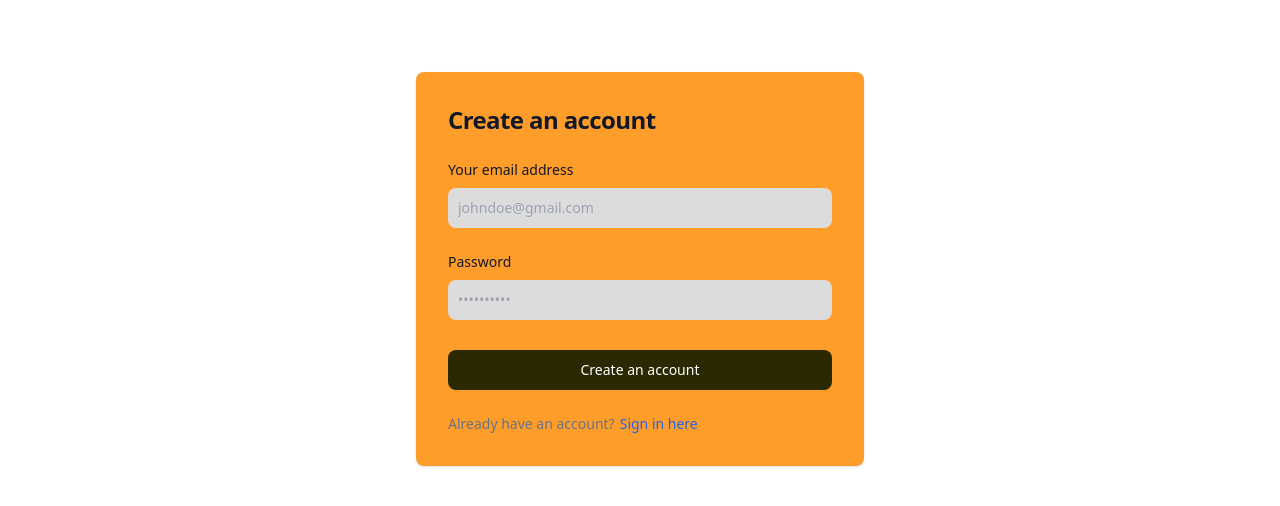
Repository: AdwaitSri/Kingston-Marketplace
Page: /signup (app in qhacks-24/)
These files come from the project's save history. The page is drawn as it stood at one moment and after the next save; the edit follows.
The browser window is 1280 px wide. The pictures show the whole page.
The project was rebuilt for these pictures with package versions that can differ from the ones it lists, and the page was loaded fresh each time. Also part of the build but not shown: qhacks-24/src/components/HomeNavbar.js, qhacks-24/src/pages/Home.js.

Above is the page before, as saved 2024-02-02 21:25:28.

After the next save:
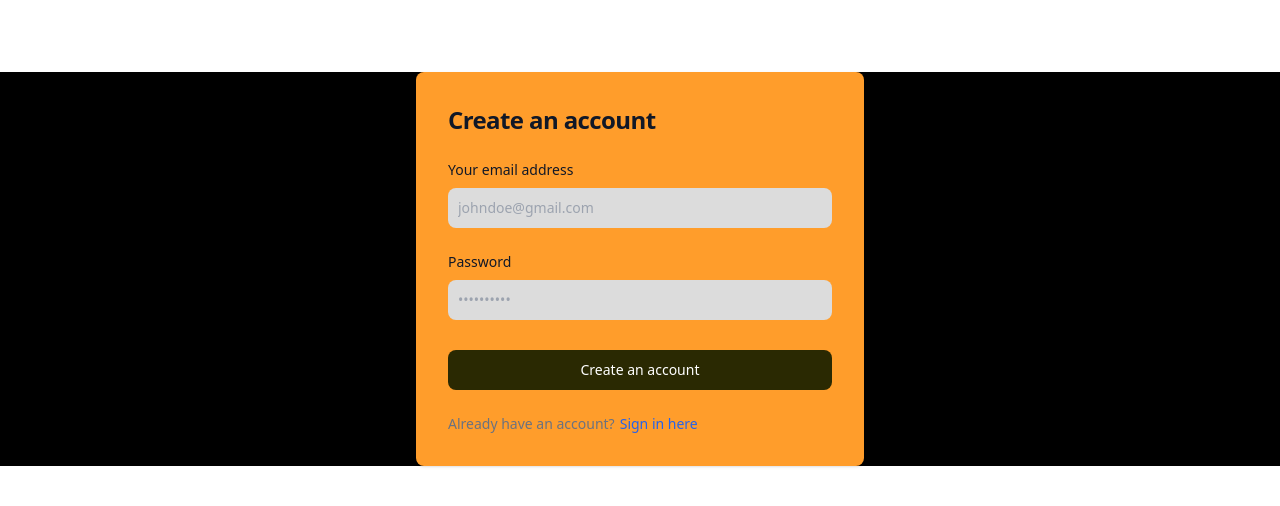
Saved 14 min 56 s later.
--- a/qhacks-24/src/pages/Signup.js
+++ b/qhacks-24/src/pages/Signup.js
@@ -21,51 +21,53 @@
 
 
     return (
-    <div
-    className="w-full rounded-lg bg-orange-1 shadow dark:border md:mt-[10dvh] sm:max-w-md xl:p-0 dark:bg-gray-800 dark:border-gray-700 mx-auto mt-[10dvh]">
-        <div className="p-6 space-y-4 md:space-y-6 sm:p-8">
-        <h1 className="text-xl font-bold leading-tight tracking-tight text-gray-900 md:text-2xl dark:text-white">Create an
-            account
-        </h1>
-        <form className="space-y-4 md:space-y-6" method="POST">
-            <div>
-            <label for="email" className="block mb-2 text-sm font-medium text-gray-900 dark:text-white">Your email address</label>
-            <input type="email" name="email" id="email" onChange={handleChange} value={formData.email} className="outline-none bg-[#dcdcdc] hover:bg-[#f0f0f0] focus:bg-[#ffffff] text-gray-900 sm:text-sm rounded-lg focus:ring-blue-600 focus:border-blue-600 block w-full p-2.5 dark:bg-gray-700 dark:border-gray-600 dark:placeholder-gray-400 dark:text-white dark:focus:ring-blue-500 dark:focus:border-blue-500" placeholder="johndoe@gmail.com" required="">
-            </input>
+        <div className="w-full h-[100%] bg-[#000000]">
+            <div
+            className="w-full rounded-lg bg-orange-1 shadow dark:border md:mt-[10dvh] sm:max-w-md xl:p-0 dark:bg-gray-800 dark:border-gray-700 mx-auto mt-[10dvh]">
+                <div className="p-6 space-y-4 md:space-y-6 sm:p-8">
+                <h1 className="text-xl font-bold leading-tight tracking-tight text-gray-900 md:text-2xl dark:text-white">Create an
+                    account
+                </h1>
+                <form className="space-y-4 md:space-y-6" method="POST">
+                    <div>
+                    <label for="email" className="block mb-2 text-sm font-medium text-gray-900 dark:text-white">Your email address</label>
+                    <input type="email" name="email" id="email" onChange={handleChange} value={formData.email} className="outline-none bg-[#dcdcdc] hover:bg-[#f0f0f0] focus:bg-[#ffffff] text-gray-900 sm:text-sm rounded-lg focus:ring-blue-600 focus:border-blue-600 block w-full p-2.5 dark:bg-gray-700 dark:border-gray-600 dark:placeholder-gray-400 dark:text-white dark:focus:ring-blue-500 dark:focus:border-blue-500" placeholder="johndoe@gmail.com" required="">
+                    </input>
+                    </div>
+
+                    <div>
+                    <label for="password" className="block mb-2 text-sm font-medium text-gray-900 dark:text-white">Password</label>
+                    <input type="password" name="password" id="password" onChange={handleChange} value={formData.password} placeholder="••••••••••" className="outline-none bg-[#dcdcdc] hover:bg-[#f0f0f0] focus:bg-[#ffffff] text-gray-900 sm:text-sm rounded-lg focus:ring-blue-600 focus:border-blue-600 block w-full p-2.5 dark:bg-gray-700 dark:border-gray-600 dark:placeholder-gray-400 dark:text-white dark:focus:ring-blue-500 dark:focus:border-blue-500 mb-[30px]" required="">
+                    </input>
+                    </div>
+
+                    <motion.div
+                        className="bg-dark-1 hover:bg-dark-2 w-full z-10 font-medium rounded-lg text-sm text-center"
+                        initial={{scale: 1.0}}
+                        whileHover={{
+                            scale: 1.05,
+                            transition: {
+                                duration: 0.25,
+                            }
+                        }}
+                        whileTap={{
+                            scale: 0.95,
+                            transition: {
+                                duration: 0.25,
+                            }
+                        }}
+                    >
+                        <button type="submit" className="text-[#ffffff] w-full h-full rounded-lg px-5 py-2.5">Create an account</button>
+                    </motion.div>
+                    <p className="text-sm font-light text-gray-500 dark:text-gray-400">Already have an account?
+                        <a
+                            className="pl-[5px] font-medium text-blue-600 hover:underline dark:text-blue-500"
+                            href="/signin"
+                        >Sign in here</a>
+                    </p>
+                </form>
+                </div>
             </div>
-
-            <div>
-            <label for="password" className="block mb-2 text-sm font-medium text-gray-900 dark:text-white">Password</label>
-            <input type="password" name="password" id="password" onChange={handleChange} value={formData.password} placeholder="••••••••••" className="outline-none bg-[#dcdcdc] hover:bg-[#f0f0f0] focus:bg-[#ffffff] text-gray-900 sm:text-sm rounded-lg focus:ring-blue-600 focus:border-blue-600 block w-full p-2.5 dark:bg-gray-700 dark:border-gray-600 dark:placeholder-gray-400 dark:text-white dark:focus:ring-blue-500 dark:focus:border-blue-500 mb-[30px]" required="">
-            </input>
-            </div>
-
-            <motion.div
-                className="bg-dark-1 hover:bg-dark-2 w-full z-10 font-medium rounded-lg text-sm text-center"
-                initial={{scale: 1.0}}
-                whileHover={{
-                    scale: 1.05,
-                    transition: {
-                        duration: 0.25,
-                    }
-                }}
-                whileTap={{
-                    scale: 0.95,
-                    transition: {
-                        duration: 0.25,
-                    }
-                }}
-            >
-                <button type="submit" className="text-[#ffffff] w-full h-full rounded-lg px-5 py-2.5">Create an account</button>
-            </motion.div>
-            <p className="text-sm font-light text-gray-500 dark:text-gray-400">Already have an account?
-                <a
-                    className="pl-[5px] font-medium text-blue-600 hover:underline dark:text-blue-500"
-                    href="/signin"
-                >Sign in here</a>
-            </p>
-        </form>
         </div>
-  </div>
   )
 }

After the save that followed:
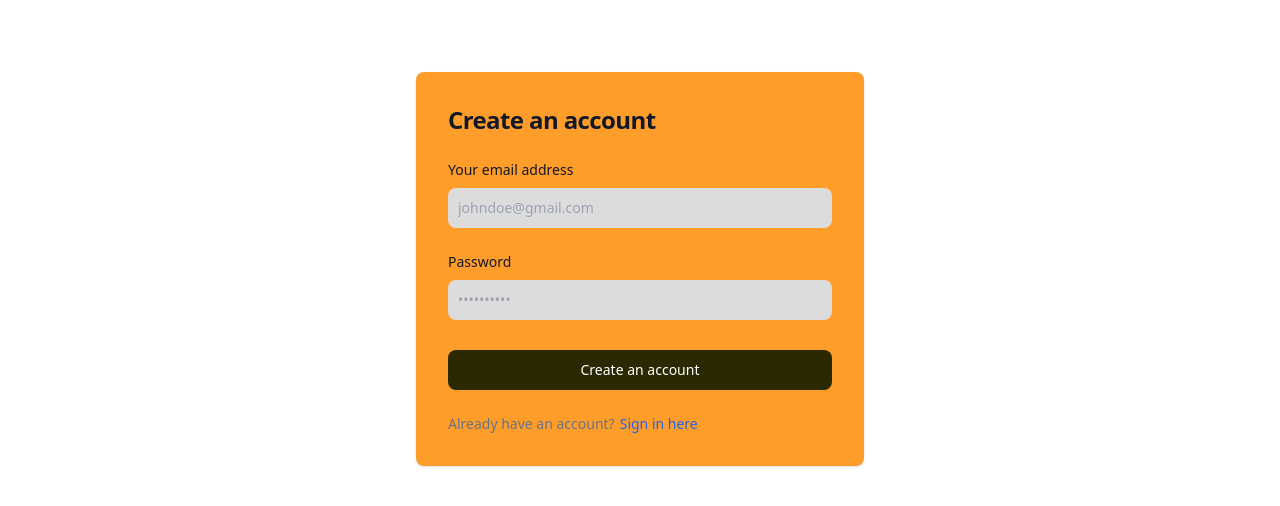
Saved 6 min 32 s later.
--- a/qhacks-24/src/pages/Signup.js
+++ b/qhacks-24/src/pages/Signup.js
@@ -21,52 +21,50 @@
 
 
     return (
-        <div className="w-full h-[100%] bg-[#000000]">
-            <div
-            className="w-full rounded-lg bg-orange-1 shadow dark:border md:mt-[10dvh] sm:max-w-md xl:p-0 dark:bg-gray-800 dark:border-gray-700 mx-auto mt-[10dvh]">
-                <div className="p-6 space-y-4 md:space-y-6 sm:p-8">
-                <h1 className="text-xl font-bold leading-tight tracking-tight text-gray-900 md:text-2xl dark:text-white">Create an
-                    account
-                </h1>
-                <form className="space-y-4 md:space-y-6" method="POST">
-                    <div>
-                    <label for="email" className="block mb-2 text-sm font-medium text-gray-900 dark:text-white">Your email address</label>
-                    <input type="email" name="email" id="email" onChange={handleChange} value={formData.email} className="outline-none bg-[#dcdcdc] hover:bg-[#f0f0f0] focus:bg-[#ffffff] text-gray-900 sm:text-sm rounded-lg focus:ring-blue-600 focus:border-blue-600 block w-full p-2.5 dark:bg-gray-700 dark:border-gray-600 dark:placeholder-gray-400 dark:text-white dark:focus:ring-blue-500 dark:focus:border-blue-500" placeholder="johndoe@gmail.com" required="">
-                    </input>
-                    </div>
+        <div
+        className="w-full rounded-lg bg-orange-1 shadow dark:border md:mt-[10dvh] sm:max-w-md xl:p-0 dark:bg-gray-800 dark:border-gray-700 mx-auto mt-[10dvh]">
+            <div className="p-6 space-y-4 md:space-y-6 sm:p-8">
+            <h1 className="text-xl font-bold leading-tight tracking-tight text-gray-900 md:text-2xl dark:text-white">Create an
+                account
+            </h1>
+            <form className="space-y-4 md:space-y-6" method="POST">
+                <div>
+                <label for="email" className="block mb-2 text-sm font-medium text-gray-900 dark:text-white">Your email address</label>
+                <input type="email" name="email" id="email" onChange={handleChange} value={formData.email} className="outline-none bg-[#dcdcdc] hover:bg-[#f0f0f0] focus:bg-[#ffffff] text-gray-900 sm:text-sm rounded-lg focus:ring-blue-600 focus:border-blue-600 block w-full p-2.5 dark:bg-gray-700 dark:border-gray-600 dark:placeholder-gray-400 dark:text-white dark:focus:ring-blue-500 dark:focus:border-blue-500" placeholder="johndoe@gmail.com" required="">
+                </input>
+                </div>
 
-                    <div>
-                    <label for="password" className="block mb-2 text-sm font-medium text-gray-900 dark:text-white">Password</label>
-                    <input type="password" name="password" id="password" onChange={handleChange} value={formData.password} placeholder="••••••••••" className="outline-none bg-[#dcdcdc] hover:bg-[#f0f0f0] focus:bg-[#ffffff] text-gray-900 sm:text-sm rounded-lg focus:ring-blue-600 focus:border-blue-600 block w-full p-2.5 dark:bg-gray-700 dark:border-gray-600 dark:placeholder-gray-400 dark:text-white dark:focus:ring-blue-500 dark:focus:border-blue-500 mb-[30px]" required="">
-                    </input>
-                    </div>
+                <div>
+                <label for="password" className="block mb-2 text-sm font-medium text-gray-900 dark:text-white">Password</label>
+                <input type="password" name="password" id="password" onChange={handleChange} value={formData.password} placeholder="••••••••••" className="outline-none bg-[#dcdcdc] hover:bg-[#f0f0f0] focus:bg-[#ffffff] text-gray-900 sm:text-sm rounded-lg focus:ring-blue-600 focus:border-blue-600 block w-full p-2.5 dark:bg-gray-700 dark:border-gray-600 dark:placeholder-gray-400 dark:text-white dark:focus:ring-blue-500 dark:focus:border-blue-500 mb-[30px]" required="">
+                </input>
+                </div>
 
-                    <motion.div
-                        className="bg-dark-1 hover:bg-dark-2 w-full z-10 font-medium rounded-lg text-sm text-center"
-                        initial={{scale: 1.0}}
-                        whileHover={{
-                            scale: 1.05,
-                            transition: {
-                                duration: 0.25,
-                            }
-                        }}
-                        whileTap={{
-                            scale: 0.95,
-                            transition: {
-                                duration: 0.25,
-                            }
-                        }}
-                    >
-                        <button type="submit" className="text-[#ffffff] w-full h-full rounded-lg px-5 py-2.5">Create an account</button>
-                    </motion.div>
-                    <p className="text-sm font-light text-gray-500 dark:text-gray-400">Already have an account?
-                        <a
-                            className="pl-[5px] font-medium text-blue-600 hover:underline dark:text-blue-500"
-                            href="/signin"
-                        >Sign in here</a>
-                    </p>
-                </form>
-                </div>
+                <motion.div
+                    className="bg-dark-1 hover:bg-dark-2 w-full z-10 font-medium rounded-lg text-sm text-center"
+                    initial={{scale: 1.0}}
+                    whileHover={{
+                        scale: 1.05,
+                        transition: {
+                            duration: 0.25,
+                        }
+                    }}
+                    whileTap={{
+                        scale: 0.95,
+                        transition: {
+                            duration: 0.25,
+                        }
+                    }}
+                >
+                    <button type="submit" className="text-[#ffffff] w-full h-full rounded-lg px-5 py-2.5">Create an account</button>
+                </motion.div>
+                <p className="text-sm font-light text-gray-500 dark:text-gray-400">Already have an account?
+                    <a
+                        className="pl-[5px] font-medium text-blue-600 hover:underline dark:text-blue-500"
+                        href="/signin"
+                    >Sign in here</a>
+                </p>
+            </form>
             </div>
         </div>
   )
